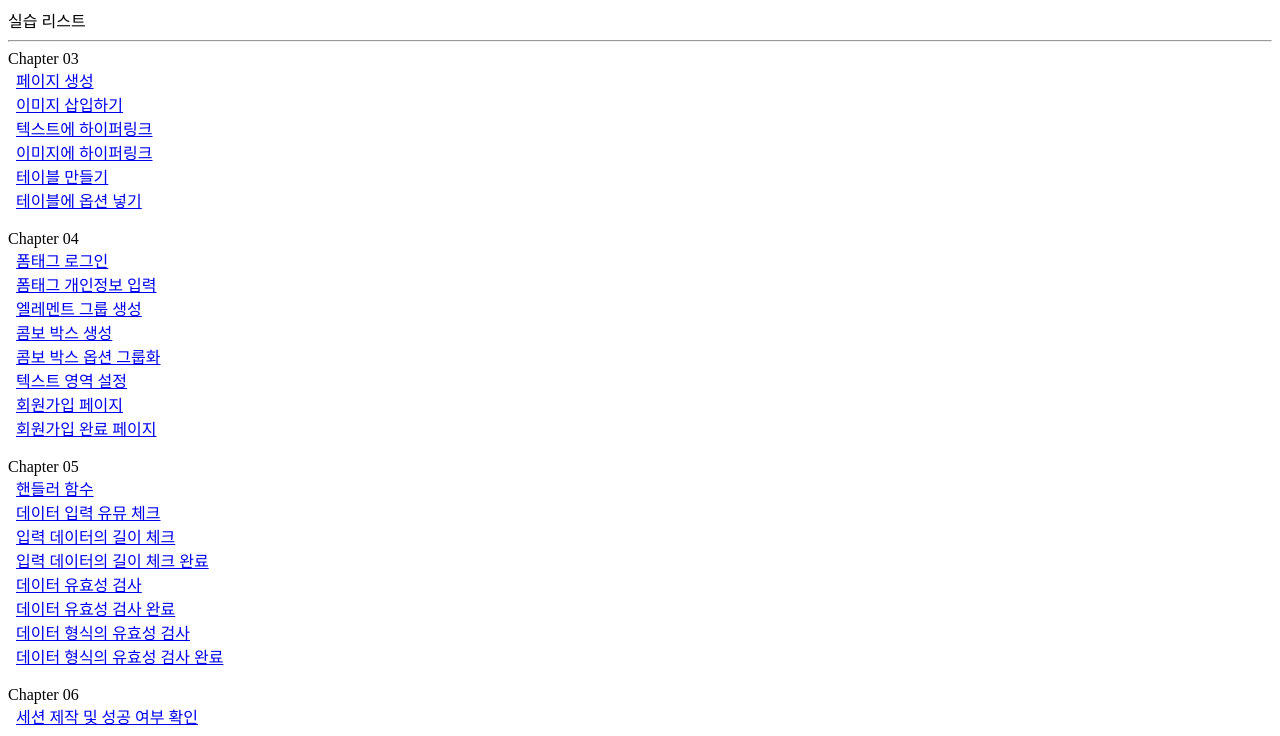
Repository: dhc518/WebProgramming_2023
Page: http://localhost/JSPStudy/List.jsp
An editor plug-in stored every save of this project. The page is shown before and after the next save, followed by the edit.
The browser window is 1280 px wide. The pictures show the whole page.
The page is served by Tomcat 9.

Above is the page before, as saved 2023-04-07 04:58:07.

### Project/JSPStudy/src/main/webapp/List.jsp
<%@ page language="java" contentType="text/html; charset=UTF-8"
    pageEncoding="UTF-8"%>
<!DOCTYPE html>
<html>
<head>
<meta charset="UTF-8">
<title>실습 리스트</title>
</head>
<body>
	실습 리스트
	<hr>
	Chapter 03
		<br>&nbsp;	<a href="welcome.jsp" target="_blank">
		페이지 생성</a>
		<br>&nbsp;	<a href="insert_image.jsp" target="_blank">
		이미지 삽입하기</a>
		<br>&nbsp;	<a href="hyperlink_text.jsp" target="_blank">
		텍스트에 하이퍼링크</a>
		<br>&nbsp;	<a href="hyperlink_image.jsp" target="_blank">
		이미지에 하이퍼링크</a>
		<br>&nbsp;	<a href="table_default.jsp" target="_blank">
		테이블 만들기</a>
		<br>&nbsp;	<a href="table_option.jsp" target="_blank">
		테이블에 옵션 넣기</a>
		<br><br>
	Chapter 04
		<br>&nbsp;	<a href="ch04/form_login.jsp" target="_blank">
		폼태그 로그인</a>
		<br>&nbsp;	<a href="ch04/form_input.jsp" target="_blank">
		폼태그 개인정보 입력</a>
		<br>&nbsp;	<a href="ch04/form_element.jsp" target="_blank">
		엘레멘트 그룹 생성</a>
		<br>&nbsp;	<a href="ch04/form_select.jsp" target="_blank">
		콤보 박스 생성</a>
		<br>&nbsp;	<a href="ch04/form_optgroup.jsp" target="_blank">
		콤보 박스 옵션 그룹화</a>
		<br>&nbsp;	<a href="ch04/form_textarea.jsp" target="_blank">
		텍스트 영역 설정</a>
		<br>&nbsp;	<a href="ch04/form_membership01.jsp" target="_blank">
		회원가입 페이지</a>
		<br>&nbsp;	<a href="ch04/form_membership02.jsp" target="_blank">
		회원가입 완료 페이지</a>
		<br><br>
	Chapter 05
		<br>&nbsp;	<a href="ch05/handlerFunction.jsp" target="_blank">
		핸들러 함수</a>
		<br>&nbsp;	<a href="ch05/datainputCheck.jsp" target="_blank">
		데이터 입력 유뮤 체크</a>
		<br>&nbsp;	<a href="ch05/dataLength.jsp" target="_blank">
		입력 데이터의 길이 체크</a>
		<br>&nbsp;	<a href="ch05/dataLength_success.jsp" target="_blank">
		입력 데이터의 길이 체크 완료</a>
		<br>&nbsp;	<a href="ch05/isNaNcheck.jsp" target="_blank">
		데이터 유효성 검사</a>
		<br>&nbsp;	<a href="ch05/isNaNcheck_success.jsp" target="_blank">
		데이터 유효성 검사 완료</a>
		<br>&nbsp;	<a href="ch05/regularExpression.jsp" target="_blank">
		데이터 형식의 유효성 검사</a>
		<br>&nbsp;	<a href="ch05/regularExpression_success.jsp" target="_blank">
		데이터 형식의 유효성 검사 완료</a>
		<br><br>
	Chapter 06
		<br>&nbsp;	<a href="ch06/sessionCreate.jsp" target="_blank">
		세션 제작 및 성공 여부 확인</a>


</body>
</html>

After the next save:
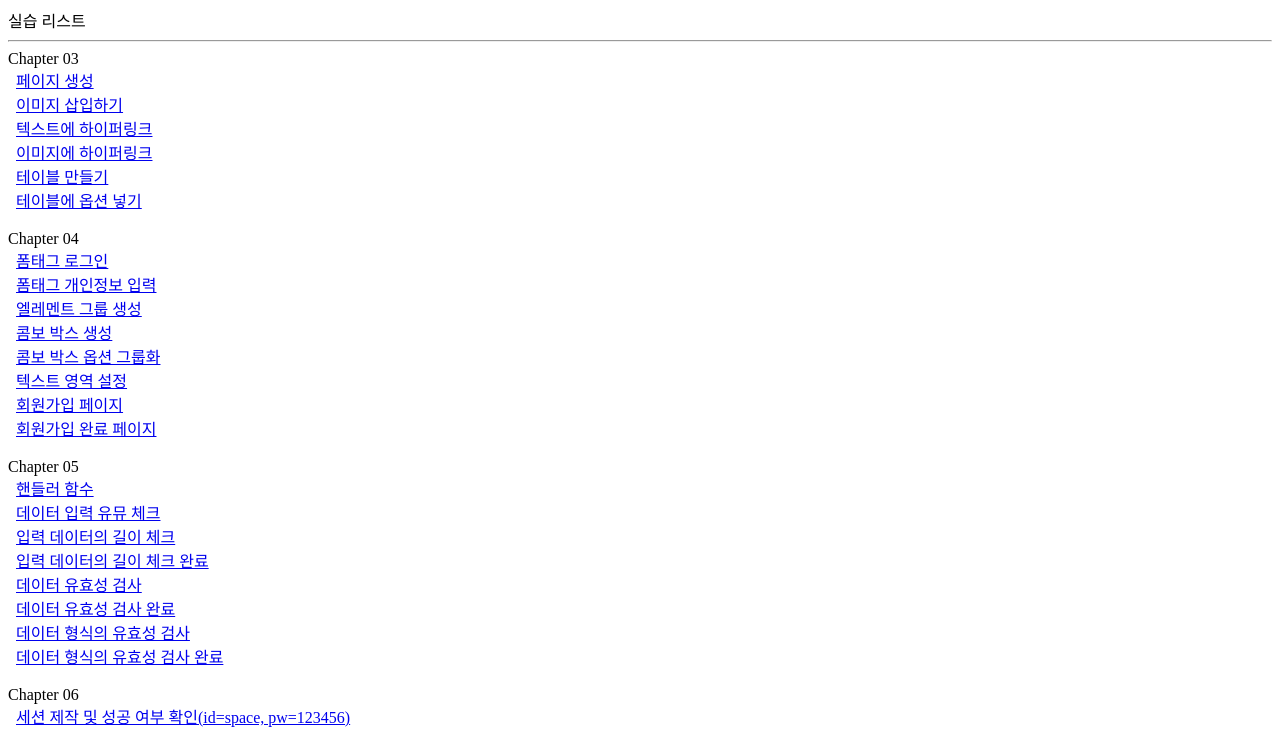
Saved 21 s later.
--- a/Project/JSPStudy/src/main/webapp/List.jsp
+++ b/Project/JSPStudy/src/main/webapp/List.jsp
@@ -61,7 +61,7 @@
 		<br><br>
 	Chapter 06
 		<br>&nbsp;	<a href="ch06/sessionCreate.jsp" target="_blank">
-		세션 제작 및 성공 여부 확인</a>
+		세션 제작 및 성공 여부 확인(id=space, pw=123456)</a>
 
 
 </body>
